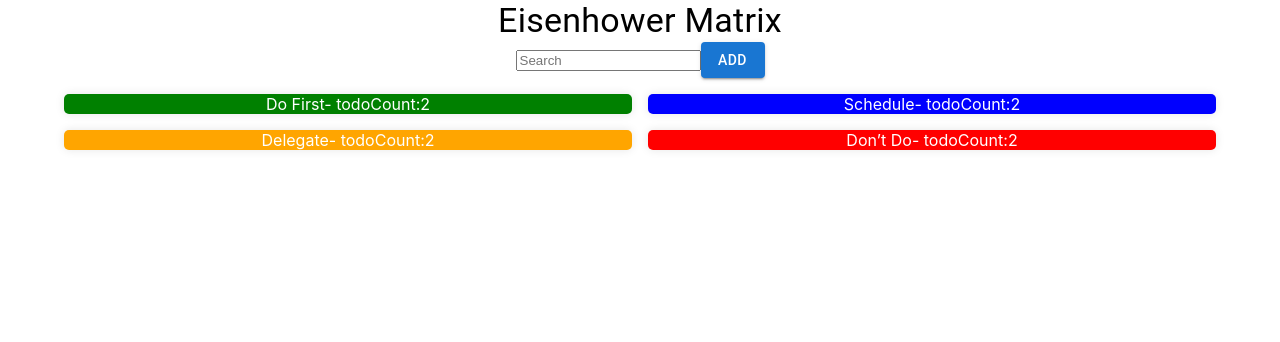
Repository: GokulDev4U/Krixi_react_assignment
Page: /
An editor plug-in stored every save of this project. The page is shown before and after the next save, followed by the edit.
The browser window is 1280 px wide. The pictures show the whole page.
The project was rebuilt for these pictures with package versions that can differ from the ones it lists, and the page was loaded fresh each time.

Above is the page before, as saved 2022-04-04 14:21:10.

After the next save:
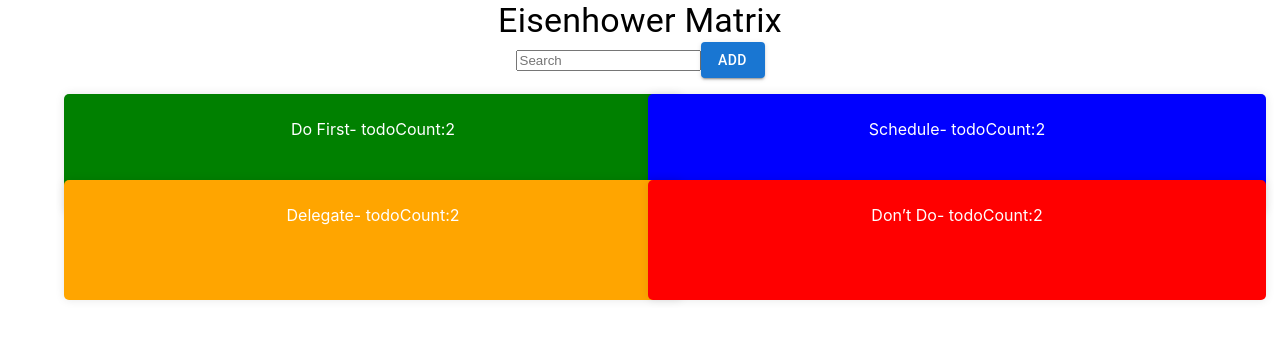
Saved 12 s later.
--- a/src/Components/card/Card.css
+++ b/src/Components/card/Card.css
@@ -6,5 +6,5 @@
     box-shadow: 0 0 10px rgba(0,0,0,0.1);
     overflow: hidden;
     cursor: pointer;
-    padding: 25;
+    padding: 25px;
  }
